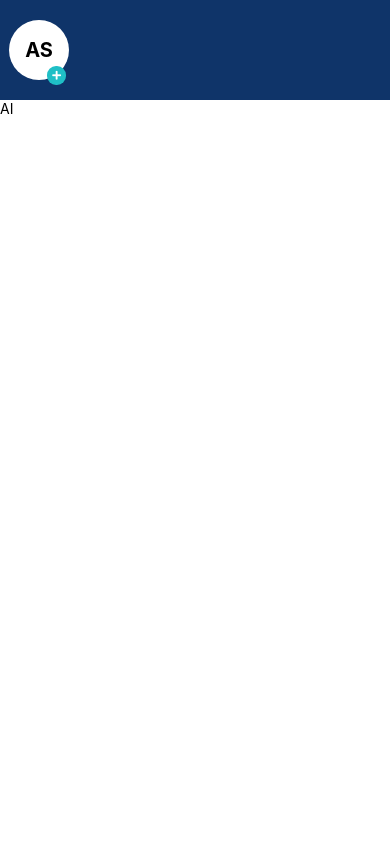
Repository: andre06x/native-estacio
Screen: /
These files come from the project's save history. The screen is drawn as it stood at one moment and after the next save; the edit follows.
The app was drawn by React Native's web renderer in a window 390 px wide. The project was rebuilt for these pictures with package versions that can differ from the ones it lists, and the page was loaded fresh each time. Also part of the build but not shown: src/Pages/Login/index.tsx.

Above is the screen before, as saved 2022-03-24 13:56:27.

After the next save:
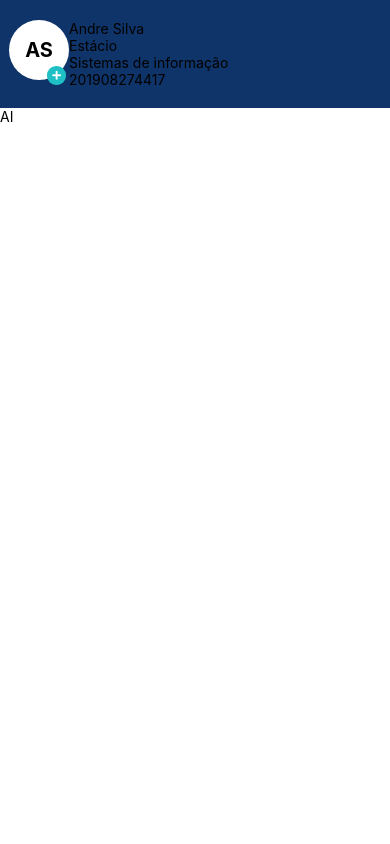
Saved 2 min 33 s later.
--- a/src/Pages/Home/index.tsx
+++ b/src/Pages/Home/index.tsx
@@ -20,7 +20,11 @@
           </View>
 
           <View>
+            <Text>Andre Silva</Text>
 
+            <Text>Estácio</Text>
+            <Text>Sistemas de informação</Text>
+            <Text>201908274417</Text>
           </View>
 
 
